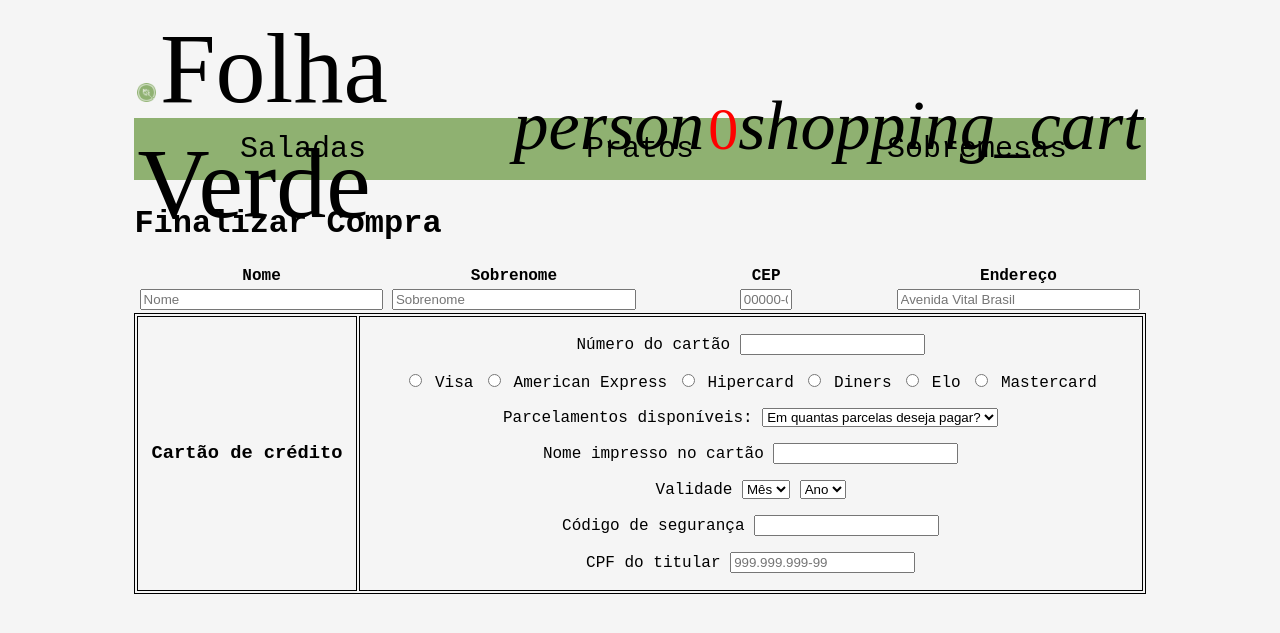
Repository: maaelphd/FolhaVerde
Page: http://localhost/FolhaVerde/Payment.jsp
These files come from the project's save history. The page is drawn as it stood at one moment and after a run of saves; the edit follows.
The browser window is 1280 px wide. The pictures show the whole page.
Some web fonts or font styles are not loaded; a fallback is used. The page is served by Tomcat 9. Other server files are loaded and not shown.

Above is the page before, as saved 2018-06-04 02:27:16.

### FolhaVerde/WebContent/Payment.jsp
<%@ page language="java" contentType="text/html; charset=UTF-8"
	pageEncoding="UTF-8"%>
<%@ taglib uri="http://java.sun.com/jsp/jstl/core" prefix="c"%>
<!DOCTYPE html>
<html>
<head>
	<meta charset="UTF-8">
	<title>Restaurante Folha Verde - Pagamento</title>

	<link rel="stylesheet" href="${pageContext.request.contextPath}/CSS/Payment.css"/>
</head>
<body>
	<div id="wrapper">
		<c:import url="NavBar.jsp"></c:import>

		<div id="divPageContent">

			<div class="PaymentHeaderContent">
				<h1 class="PaymentText">Finalizar Compra</h1>
			</div>

			<div class="divPaymentDataTable">
				<table class="w3-table PaymentsDataTable">
					<tr>
						<th>
							Nome
						</th>
						<th>
							Sobrenome
						</th>
						<th>
							CEP
						</th>
						<th>
							Endereço
						</th>
					</tr>
					<tr>
						<td class="tdInpUserName">
							<input type="text" id="inpUserName" placeholder="Nome" name="data[userName]">
						</td>
						<td class="tdInpUserLastName">
							<input type="text" id="inpUserLastName" placeholder="Sobrenome" name="data[userLastName]">
						</td>
						<td class="tdInpUserCEPCode">
							<input type="text" min="" id="inpUserCEPCode" placeholder="00000-000" name="data[userCEPCode]">
						</td>
						<td class="tdInpUserAdress">
							<input type="text" min="" id="inpUserAdress" placeholder="Avenida Vital Brasil" name="data[userAdress]">
						</td>
					</tr>
				</table>
			</div>

			<div class="divPaymentChoiceTable">
				<table class="w3-table PaymentsChoiceTable">
					<tr>
						<td>
							<h3>Cartão de crédito</h3>
						</td>
						<td>
							<div class="CardForm">
								<div>
									<p class="PaymentCardNumber input text required">
										<label class="FormFieldLabel " for="creditCardpayment-card-0Number">Número do cartão</label>
										<input type="tel" id="creditCardpayment-card-0Number" class="input-medium  error" name="cardNumber" maxlength="30" value="">
									</p>
									<div class="PaymentCardFlags clearfix form-inline">
										<p class="card-flags active">
											<label class="radio card-flag-label" for="creditCardselectedCard0cc-0" title="Visa">
												<input type="radio" class="card-flag-radio" id="creditCardselectedCard0cc-0" name="creditCardselectedCardFlag-0" tabindex="-1" value="2">
												<span class="card-flag Visa ">Visa</span>
											</label>
											<label class="radio card-flag-label" for="creditCardselectedCard1cc-0" title="American Express">
												<input type="radio" class="card-flag-radio" id="creditCardselectedCard1cc-0" name="creditCardselectedCardFlag-0" tabindex="-1" value="1">
												<span class="card-flag American Express ">American Express</span>
											</label>
											<label class="radio card-flag-label" for="creditCardselectedCard2cc-0" title="Hipercard">
												<input type="radio" class="card-flag-radio" id="creditCardselectedCard2cc-0" name="creditCardselectedCardFlag-0" tabindex="-1" value="8">
												<span class="card-flag Hipercard ">Hipercard</span>
											</label>
											<label class="radio card-flag-label" for="creditCardselectedCard3cc-0" title="Diners">
												<input type="radio" class="card-flag-radio" id="creditCardselectedCard3cc-0" name="creditCardselectedCardFlag-0" tabindex="-1" value="3">
												<span class="card-flag Diners card-selected">Diners</span>
											</label>
											<label class="radio card-flag-label" for="creditCardselectedCard4cc-0" title="Elo">
												<input type="radio" class="card-flag-radio" id="creditCardselectedCard4cc-0" name="creditCardselectedCardFlag-0" tabindex="-1" value="9">
												<span class="card-flag Elo ">Elo</span>
											</label>
											<label class="radio card-flag-label" for="creditCardselectedCard5cc-0" title="Mastercard">
												<input type="radio" class="card-flag-radio" id="creditCardselectedCard5cc-0" name="creditCardselectedCardFlag-0" tabindex="-1" value="4">
												<span class="card-flag Mastercard ">Mastercard</span>
											</label>
										</p>
									</div>
								</div>
								<div class="PaymentInstallments ">
									<p class="select required">
										<label class="FormFieldLabel hide" for="creditCardpayment-card-0Brand">Parcelamentos disponíveis:</label>
										<select class="input-xlarge " id="creditCardpayment-card-0Brand">
											<option value="">Em quantas parcelas deseja pagar?</option>
											<option value="1">1x-</option>
											<option value="2">2x-</option>
											<option value="2">3x-</option>
											<option value="2">4x-</option>
											<optgroup label=""></optgroup>
										</select>
									</p>
								</div>
								<div>
									<p class="PaymentCardHolderName">
										<label class="FormFieldLabel " for="creditCardpayment-card-0Name">Nome impresso no cartão</label>
										<input type="text" class="input-medium  " id="creditCardpayment-card-0Name" name="ccName" value="">
									</p>
									<div class="PaymentCardDueDate clearfix">
										<p class="payment-card-due-month input text required">
											<label class="FormFieldLabel pull-left" for="creditCardpayment-card-0Month">Validade</label>
											<select class="input-mini " id="creditCardpayment-card-0Month" name="cardExpirationMonth">
												<option value="">Mês</option>
												<option value="01">01</option>
												<option value="02">02</option>
												<option value="03">03</option>
												<option value="04">04</option>
												<option value="05">05</option>
												<option value="06">06</option>
												<option value="07">07</option>
												<option value="08">08</option>
												<option value="09">09</option>
												<option value="10">10</option>
												<option value="11">11</option>
												<option value="12">12</option>
											</select>


											<select class="input-mini " id="creditCardpayment-card-0Year" name="cardExpirationYear">
												<option value="">Ano</option>
												<option value="18">18</option>
												<option value="19">19</option>
												<option value="20">20</option>
												<option value="21">21</option>
												<option value="22">22</option>
												<option value="23">23</option>
												<option value="24">24</option>
												<option value="25">25</option>
												<option value="26">26</option>
												<option value="27">27</option>
												<option value="28">28</option>
												<option value="29">29</option>
												<option value="30">30</option>
												<option value="31">31</option>
												<option value="32">32</option>
												<option value="33">33</option>
												<option value="34">34</option>
												<option value="35">35</option>
												<option value="36">36</option>
												<option value="37">37</option>
												<option value="38">38</option>
												<option value="39">39</option>
												<option value="40">40</option>
											</select>

										</p>
									</div>
								</div>
								<p class="PaymentCardCVV input text required">
									<label class="FormFieldLabel " for="creditCardpayment-card-0Code">Código de segurança</label>
									<input type="tel" id="creditCardpayment-card-0Code" class="input-mini   " maxlength="3" value="">
								</p>
								<p class="PaymentCardHolderDocument input text required mask">
									<label class="FormFieldLabel " for="holder-document-0">CPF do titular</label>
									<input type="tel" id="holder-document-0" class="input-small  " value="" placeholder="999.999.999-99">
								</p>
							</div>
						</td>
					</tr>
				</table>
			</div>
		</div>

	</div>
</body>
<footer></footer>
<script>
</script>
</html>

### FolhaVerde/WebContent/NavBar.jsp
<%@ page language="java" contentType="text/html; charset=UTF-8"	pageEncoding="UTF-8"%>
<%@ taglib uri="http://java.sun.com/jsp/jstl/core" prefix="c"%>
<!DOCTYPE html>
	 <meta charset="UTF-8">

 	<link href="https://fonts.googleapis.com/icon?family=Material+Icons" rel="stylesheet">
	<link rel="stylesheet" href="${pageContext.request.contextPath}/CSS/Pages.css"/>
	<link rel="stylesheet" href="${pageContext.request.contextPath}/CSS/NavBar.css"/>
	<link rel="stylesheet" href="${pageContext.request.contextPath}/CSS/RobotoFonts.css" type="text/css">
	<link rel="stylesheet" href="${pageContext.request.contextPath}/CSS/IndieFlower.css" type="text/css">

	<div class="LogoHeader">
		<table class="w3-table TopBarTable">
			<tr>
				<td>
					<div class="LogoImg">
						<a href="index.jsp"><img src="${pageContext.request.contextPath}/imgs/LOGO.png"> <span class="NomeEmpresaLogo"> Folha Verde </span></a>
					</div>
				</td>
				<td id="PersonIcoCol">
					<i class="material-icons" id="PersonIco">person</i>
				</td>
				<td id="shoppingCartIcoCol">
					<span class="ItensCountNumber">0</span><i class="material-icons" id="shoppingCartIco">shopping_cart</i>
				</td>
			</tr>
		</table>
	</div>

	<nav>
		<ul class="horizontal">
			<li><a href="#home" class="SaladTab">Saladas</a></li>
			<li><a href="#news" class="PlateTab">Pratos</a></li>
			<li><a href="#contact" class="DessertTab">Sobremesas</a></li>
		</ul>
	</nav>

	<!-- JQUERY & BOOTSTRAP  -->

	<!-- jQuery Reference -->
	<!-- <script src="${pageContext.request.contextPath}/jquery-ui/jquery-ui.min.js"></script> -->
	<script src="${pageContext.request.contextPath}/jquery-ui/jquery-3.3.1.min.js"></script>
	<script src="https://cdnjs.cloudflare.com/ajax/libs/jquery.mask/1.14.10/jquery.mask.js"></script>


	<script src="https://maxcdn.bootstrapcdn.com/bootstrap/3.3.7/js/bootstrap.min.js"></script>

	<script>
	$(document).ready(function () {

	  	$(".nav a").on("click", function(){
	  	   $(".nav").find(".active").removeClass("active");
	  	   $(this).parent().addClass("active");
	  	});

	});
	//# sourceURL=pen.js
	</script>

### FolhaVerde/WebContent/CSS/Payment.css
body {
	font-family: 'Roboto Mono', monospace;
}

.w3-content.w3-section
{
	align-items: center;
	margin: 0 auto;
	width: 100%;
	height: 100%;
}

.divPaymentChoiceTable,
.divPaymentDataTable {
	width: 80%;;
	margin: 0 auto;
}

.PaymentsChoiceTable,
.PaymentsDataTable {
	width: 100%;;
	margin: 0 auto;
	text-align: center;
}

.PaymentHeaderContent {
	width: 80%;;
	margin: 0 auto;
	text-align: left;
}

.tdInpUserName input, .tdInpUserLastName input,
.tdInpUserAdress input {
	width: 95%;
}

.tdInpUserCEPCode input {
	width: 18%;
}

.PaymentsChoiceTable,
.PaymentsChoiceTable td,
.PaymentsChoiceTable tr {
	border: 1px solid black;
}

### FolhaVerde/WebContent/CSS/Pages.css
html, body {
	background-color: #f5f5f5;
	font-family: 'Roboto Mono', monospace;
}

#divPageContent
{
	display: block;
	margin-top: 2%;
}

.TopBar {
	border: 1px solid black;
}

### FolhaVerde/WebContent/CSS/NavBar.css
nav {
	width: 80%;
	text-align: center;
	margin: 0% auto;
}

ul {
    list-style-type: none;
    margin: 0;
    padding: 0;
    overflow: hidden;
    background-color: #8FB171;
}

li {
    float: left;
    width: 33.33333%;
}

li a {
    display: block;
    color: white;
    text-align: center;
    padding: 14px 16px;
    text-decoration: none;
}

li a.SaladTab,
li a.PlateTab,
li a.DessertTab {
    font-size: 30px;
}

/* Change the link color to #111 (black) on hover */
li a:hover {
    background-color: #badd9b;
}

a:link {
	color: inherit;
	text-decoration: none;
}

.LogoHeader
{
	width: 80%;
	height: 110px;
	text-align: left;
	margin: 0% auto;
	font-family: 'Indie Flower', cursive;
}

.LogoImg img
{
	width: 5%;
	height: 5%;
}

.NomeEmpresaLogo {
	font-size: 100px;
	font-family:
}

#shoppingCartIco,
#PersonIco {
	font-size: 70px;
}

.TopBarTable{
	width: 100%;
}

.ItensCountNumber {
	font-size: 60px;
	color: #ff0000;
	font-family: 'Indie Flower', cursive;
}

.SaladTab.active, .PlateTab.active, .DessertTab.active{
	background-color: #badd9b;
}

### FolhaVerde/WebContent/CSS/RobotoFonts.css
/* cyrillic-ext */
@font-face {
  font-family: 'Roboto Mono';
  font-style: normal;
  font-weight: 400;
  src: local('Roboto Mono'), local('RobotoMono-Regular'), url(https://fonts.gstatic.com/s/robotomono/v5/L0x5DF4xlVMF-BfR8bXMIjhGq3-OXg.woff2) format('woff2');
  unicode-range: U+0460-052F, U+1C80-1C88, U+20B4, U+2DE0-2DFF, U+A640-A69F, U+FE2E-FE2F;
}
/* cyrillic */
@font-face {
  font-family: 'Roboto Mono';
  font-style: normal;
  font-weight: 400;
  src: local('Roboto Mono'), local('RobotoMono-Regular'), url(https://fonts.gstatic.com/s/robotomono/v5/L0x5DF4xlVMF-BfR8bXMIjhPq3-OXg.woff2) format('woff2');
  unicode-range: U+0400-045F, U+0490-0491, U+04B0-04B1, U+2116;
}
/* greek-ext */
@font-face {
  font-family: 'Roboto Mono';
  font-style: normal;
  font-weight: 400;
  src: local('Roboto Mono'), local('RobotoMono-Regular'), url(https://fonts.gstatic.com/s/robotomono/v5/L0x5DF4xlVMF-BfR8bXMIjhHq3-OXg.woff2) format('woff2');
  unicode-range: U+1F00-1FFF;
}
/* greek */
@font-face {
  font-family: 'Roboto Mono';
  font-style: normal;
  font-weight: 400;
  src: local('Roboto Mono'), local('RobotoMono-Regular'), url(https://fonts.gstatic.com/s/robotomono/v5/L0x5DF4xlVMF-BfR8bXMIjhIq3-OXg.woff2) format('woff2');
  unicode-range: U+0370-03FF;
}
/* vietnamese */
@font-face {
  font-family: 'Roboto Mono';
  font-style: normal;
  font-weight: 400;
  src: local('Roboto Mono'), local('RobotoMono-Regular'), url(https://fonts.gstatic.com/s/robotomono/v5/L0x5DF4xlVMF-BfR8bXMIjhEq3-OXg.woff2) format('woff2');
  unicode-range: U+0102-0103, U+0110-0111, U+1EA0-1EF9, U+20AB;
}
/* latin-ext */
@font-face {
  font-family: 'Roboto Mono';
  font-style: normal;
  font-weight: 400;
  src: local('Roboto Mono'), local('RobotoMono-Regular'), url(https://fonts.gstatic.com/s/robotomono/v5/L0x5DF4xlVMF-BfR8bXMIjhFq3-OXg.woff2) format('woff2');
  unicode-range: U+0100-024F, U+0259, U+1E00-1EFF, U+2020, U+20A0-20AB, U+20AD-20CF, U+2113, U+2C60-2C7F, U+A720-A7FF;
}
/* latin */
@font-face {
  font-family: 'Roboto Mono';
  font-style: normal;
  font-weight: 400;
  src: local('Roboto Mono'), local('RobotoMono-Regular'), url(https://fonts.gstatic.com/s/robotomono/v5/L0x5DF4xlVMF-BfR8bXMIjhLq38.woff2) format('woff2');
  unicode-range: U+0000-00FF, U+0131, U+0152-0153, U+02BB-02BC, U+02C6, U+02DA, U+02DC, U+2000-206F, U+2074, U+20AC, U+2122, U+2191, U+2193, U+2212, U+2215, U+FEFF, U+FFFD;
}

### FolhaVerde/WebContent/CSS/IndieFlower.css
/* latin */
@font-face {
  font-family: 'Indie Flower';
  font-style: normal;
  font-weight: 400;
  src: local('Indie Flower'), local('IndieFlower'), url(https://fonts.gstatic.com/s/indieflower/v9/m8JVjfNVeKWVnh3QMuKkFcZVaUuH.woff2) format('woff2');
  unicode-range: U+0000-00FF, U+0131, U+0152-0153, U+02BB-02BC, U+02C6, U+02DA, U+02DC, U+2000-206F, U+2074, U+20AC, U+2122, U+2191, U+2193, U+2212, U+2215, U+FEFF, U+FFFD;
}

Loaded but not shown: FolhaVerde/WebContent/jquery-ui/jquery-3.3.1.min.js (library)

After the next 2 saves:
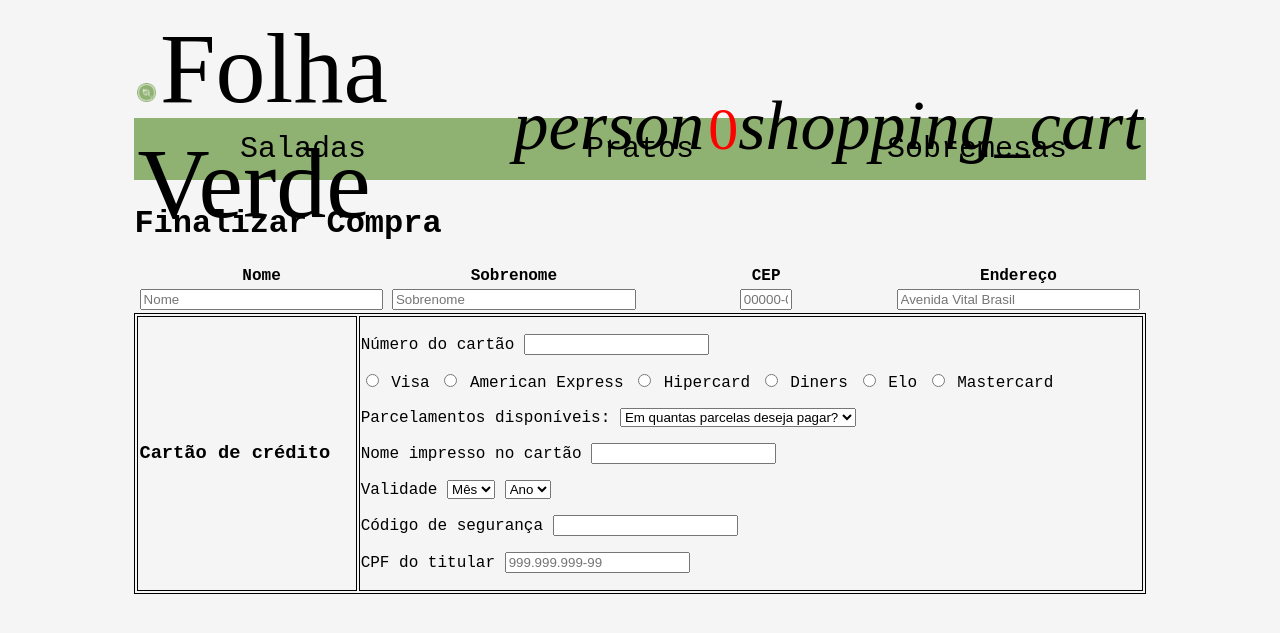
The 2 saves are shown as one change because they came seconds apart.
The last was saved 23 s later.
--- a/FolhaVerde/WebContent/CSS/Payment.css
+++ b/FolhaVerde/WebContent/CSS/Payment.css
@@ -43,3 +43,7 @@ body {
 .PaymentsChoiceTable tr {
 	border: 1px solid black;
 }
+
+.PaymentsChoiceTable td {
+	text-align: left;
+}
